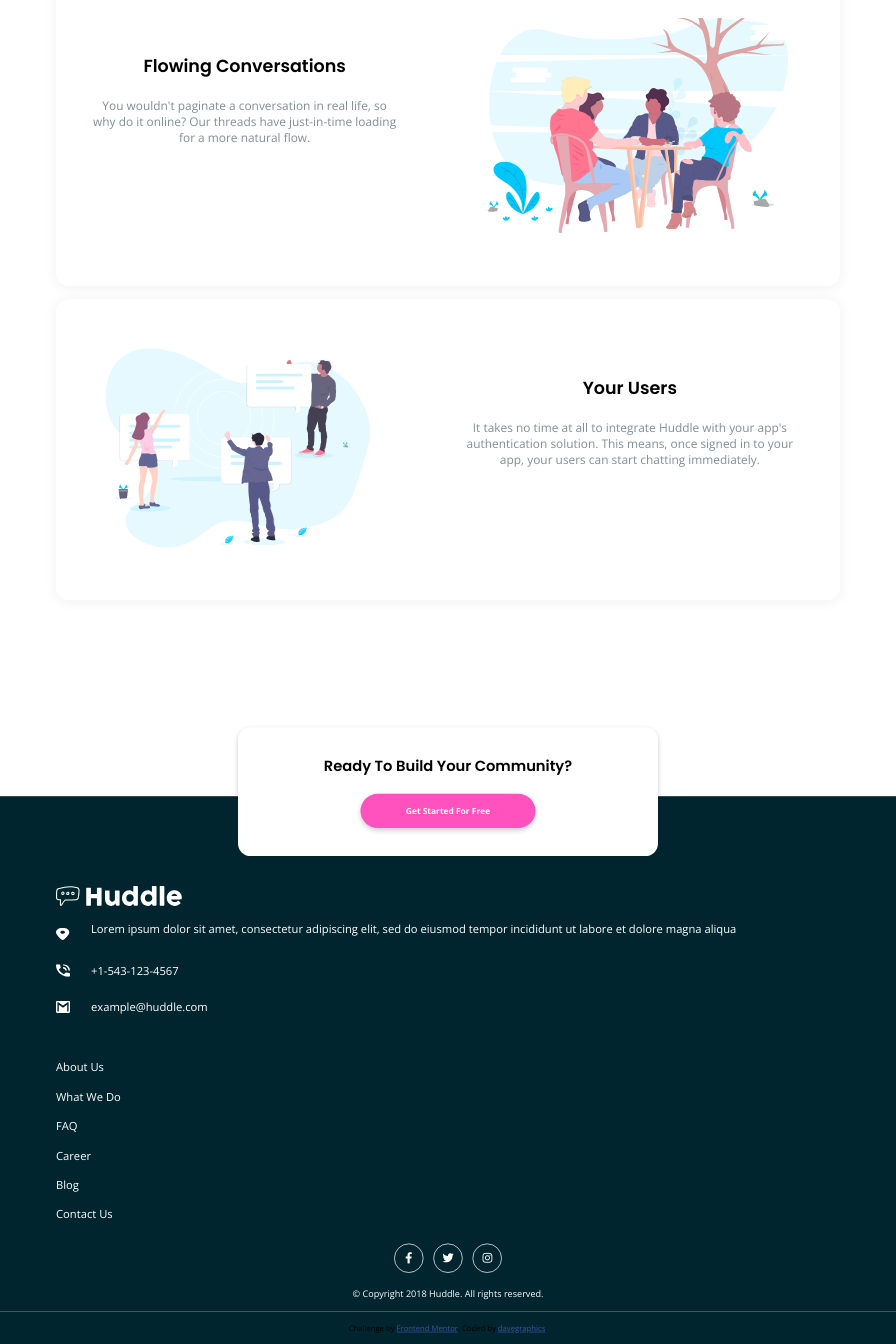
Repository: DejV44/Huddle-landing-page
Page: index.html
The author's editor kept a copy of each file at every save. The page is drawn from the files as they stood at one save, then again after the next save.
The browser window is 1280 px wide. The pictures show the part of the page from y = 1199 to 3119 px (the page is 3119 px tall before and 2651 px after), at 70% of full size.
The style sheet was rebuilt from its Sass, Less or Tailwind sources for each picture, by a compiler version that may differ from the author's.

Above is the page before, as saved 2021-08-22 14:49:52.

### index.html
<!DOCTYPE html>
<html lang="en">
<head>
  <meta charset="UTF-8">
  <meta name="viewport" content="width=device-width, initial-scale=1.0"> <!-- displays site properly based on user's device -->
  <link rel="stylesheet" href="/css/style.css">
  <link rel="stylesheet" href="/fontawesome-free-5.15.3-web/css/all.css">
  <link rel="stylesheet" href="/css/grid.css">
  <link rel="icon" type="image/png" sizes="32x32" href="./images/favicon-32x32.png">

  <title>Frontend Mentor | Huddle landing page with alternating feature blocks</title>

</head>
<body>
  <header>
    <div class="nav">
      <div class="logo">
        <img src="/images/logo.svg" alt="logo">
      </div>
      <a href="#">Try It Free</a>
    </div>
    <content class="main">
      <article class="building">
        <h1>Build The Community Your Fans Will Love</h1>
        <h3> Huddle re-imagines the way we build communities. You have a voice, but so does your audience.
        Create connections with your users as you engage in genuine discussion.</h3>
        <a class="main-btn" href="#">Get Started For Free</a>
      </article>
      <div class="img-main">
        <img class="img" src="/images/illustration-mockups.svg" alt="">
      </div>
    </content>

  </header>
  <section class="cards">
    <div class="card-one">
      <div class="img-cards">
        <img src="/images/illustration-grow-together.svg" alt="">
      </div>
      <content class="card">
        <h2>Grow Together</h2>
        <p>Generate meaningful discussions with your audience and build a strong, loyal community.
        Think of the insightful conversations you miss out on with a feedback form.</p>
      </content>
    </div>
    <div class="card-two">
      <div class="img-cards">
        <img src="/images/illustration-flowing-conversation.svg" alt="">
      </div>
      <content class="card">
        <h2>Flowing Conversations</h2>
        <p>You wouldn't paginate a conversation in real life, so why do it online? Our threads
        have just-in-time loading for a more natural flow.</p>
      </content>
    </div>
    <div class="card-three">
      <div class="img-cards">
        <img src="/images/illustration-your-users.svg" alt="">
      </div>
      <content class="card">
        <h2>Your Users</h2>
        <p>It takes no time at all to integrate Huddle with your app's authentication solution.
        This means, once signed in to your app, your users can start chatting immediately.</p>
      </content>
    </div>
    <container class="ready">
      <h2>Ready To Build Your Community?</h2>
      <a href="#">Get Started For Free</a>
    </container>
  </section>
  <footer>
    <container class="footer">
      <img src="/images/logoWhite.svg" alt="logo">
      <div class="section1 col-1">
        <div class="info">
          <img src="/images/icon-location.svg" alt="location">
          <p>Lorem ipsum dolor sit amet, consectetur adipiscing elit, sed do eiusmod tempor
          incididunt ut labore et dolore magna aliqua</p>
        </div>
        <div class="phone">
          <img src="/images/icon-phone.svg" alt="phone">
          <a href="tel:+1-543-123-4567">+1-543-123-4567</a>
        </div>
        <div class="mail">
          <img src="/images/icon-email.svg" alt="email">
          <a href="example@huddle.com">example@huddle.com</a>
        </div>
      </div>
      <div class="section2 col-2">
        <ul>
          <li><a href="#">About Us</a></li>
          <li><a href="#">What We Do</a></li>
          <li><a href="#">FAQ</a></li>
        </ul>
      </div>
      <div class="section3 col-3">
        <ul>
          <li><a href="#">Career</a></li>
          <li><a href="#">Blog</a></li>
          <li><a href="#">Contact Us</a></li>
        </ul>
      </div>
      <div class="copyright col-4">
        <div class="social">
          <span><i class="fab fa-facebook-f"></i></span>
          <span><i class="fab fa-twitter"></i></span>
          <span><i class="fab fa-instagram"></i></span>
        </div>
        <p>&copy; Copyright 2018 Huddle. All rights reserved.</p>
      </div>
    </container>
  </footer>
  <footer>
    <p class="attribution">
      Challenge by <a href="https://www.frontendmentor.io?ref=challenge" target="_blank">Frontend Mentor</a>.
      Coded by <a href="#">davegraphics</a>.
    </p>
  </footer>
</body>
</html>

### css/style.scss
* {
    margin: 0;
    padding: 0;
    //font-family: 'Poppins', sans-serif;
    -webkit-font-smoothing: antialiased;
}

body {
    font-family: 'Open Sans', sans-serif;
}

// ---FONTS---
@import url('https://fonts.googleapis.com/css2?family=Open+Sans:wght@400;700&display=swap');
@import url('https://fonts.googleapis.com/css2?family=Poppins:wght@600&display=swap');

@import "variables";
@import "mixin";

@import "cards";
@import "header";
@import "footer";

### css/_variables.scss
$Pink: hsl(322, 100%, 66%);
$PinkHover: hsl(322, 97%, 72%);
$VeryPaleCyan: hsl(193, 100%, 96%);
$VeryDarkCyan: hsl(192, 100%, 9%);
$GrayishBlue: hsl(208, 11%, 55%);

### css/_mixin.scss
@mixin cards {
    display: flex;
    flex-direction: column;
    margin: 1.2rem auto 1rem auto;
    text-align: center;
    box-shadow: rgba(0, 0, 0, 0.068) 0px 2px 18px;
    border-radius: 18px;
    align-items: center;
    @media (min-width: 768px) {
        flex-direction: row;

    }


    .card {

        display: block;
        margin: auto 3rem;
        h2 {
            padding-bottom: 1.5rem;
            font-size: 25px;
            font-family: 'Poppins', sans-serif
        }
        p {
            display: block;
            font-size: 17px;
            color: $GrayishBlue;
            padding-bottom: 3rem;
            margin-bottom: 2rem;

        }
    }
    .img-cards {
        display: block;
        padding: 30px 50px;
        margin: auto;

            img {
                width: 90%;
                margin: 40px auto;
            }
    }
}

### css/_cards.scss
.cards {
    padding: 1rem;
    margin: 0 auto;
    box-sizing: border-box;


    .card-one, .card-two, .card-three {
        @include cards;
    }

    .ready {
        display: block;
        box-sizing: border-box;
        text-align: center;
        transform: translateY(50%);
        background-color: white;
        margin: 0 auto;
        padding: 1rem 1rem;
        box-shadow: rgba(39, 39, 39, 0.24) 0px 3px 8px;
        max-width: 600px;
        text-align: center;
        align-items: center;
        border-radius: 18px;
        h2 {
            font-size: 21px;
            font-family: 'Poppins', sans-serif;
            margin: 1.5rem auto;
        }

        a {
            display: block;
            text-decoration: none;
            font-weight: 600;
            font-size: 12px;
            margin: 1.5rem auto;
            padding: 1rem 0;
            max-width: 250px;
            border-radius: 30px;
            background: $Pink;
            color: white;
            box-shadow: rgba(39, 39, 39, 0.24) 0px 3px 8px;

            &:hover {
                background: $PinkHover;
            }
        }
        @media (min-width: 768px) {
            transform: translateY(90%);
        }

    }

}

@media (min-width: 768px) {
    .cards {
       padding: 5rem;

       .card-two {
        flex-direction: row-reverse;
    }
    }




}

### css/_header.scss
header {
    background: url(/images/bg-hero-mobile.svg);
    background-color: rgba(241, 241, 255, 0.425);
    background-size: cover;
    background-position: center;
    background-repeat: no-repeat;
    text-align: center;
    @media (min-width: 768px) {
        background: url(/images/bg-hero-desktop.svg);
        background-color: rgba(241, 241, 255, 0.479);
        background-size: cover;
    }


    .nav {
        display: flex;
        justify-content: space-between;
        padding: 2rem 1.6rem;
        @media (min-width: 768px) {
            padding: 2rem 5rem;

        }

        img {
            width: 120px;

            @media (min-width: 768px) {
                width: 150px;

            }
        }

        a {
            text-decoration: none;
            font-size: 13px;
            font-weight: 600;
            margin-top: -4px;
            padding: 0.3rem 1.7rem;
            background-color: white;
            border-radius: 25px;
            box-shadow: rgba(99, 99, 99, 0.24) 0px 3px 8px;

            @media (min-width: 768px) {
                margin-top: 0;
                padding: 0.5rem 1.7rem;
                text-align: center;

            }
            &:hover {
                color: $GrayishBlue;
            }


        }

    }
    .main {

        margin: 0 auto;

        .building {
            margin: 4rem 3rem 2rem 3rem;
            max-width: 410px;


            h1 {
                margin: 0 1rem;
                font-size: 28px;
                font-family: 'Poppins', sans-serif
            }

            h3 {
                font-weight: 400;
                font-size: 18px;
                margin: 1.5rem 0;
                line-height: 30px;
            }

            .main-btn {

                display: block;
                text-decoration: none;
                font-weight: 600;
                font-size: 12px;
                margin: 1.5rem auto;
                padding: 1rem 0;
                max-width: 280px;
                border-radius: 30px;
                background: $Pink;
                color: white;
                box-shadow: rgba(39, 39, 39, 0.24) 0px 3px 8px;
                @media (min-width: 768px) {
                    margin: 1.5rem 0 1.5rem 0.8rem;

                }

                &:hover {
                background: $PinkHover;
                }
            }

        }
        .img-main {
            padding: 15px 50px;



            .img {
                width: 100%;
                margin-bottom: 40px;
                @media (min-width: 768px) {
                    margin-bottom: 0;

                }
            }
        }
    }


}

@media (min-width: 768px) {
    .main {
        display: flex;
        align-items: center;

        .building {
            padding: 1rem;

            h1 {
                text-align: left;
                padding-left: 0;
            }

            h3 {
                text-align: left;
                padding-left: 1rem;
            }


        }

    }
}

### css/_footer.scss
footer {
    background-color: $VeryDarkCyan;
    @media (min-width: 768px){
        padding: 0 4rem;


    }


    img {
             width: 180px;
             margin-top: 6.5rem;
             margin-left: 1rem;
             @media (min-width: 768px) {
                 margin-top: 8rem;
             }
         }
    .section1 {
        padding: 1rem 1rem 2rem 0;
        color: white;

        img {
            width: 180px;
            padding-bottom: 1.5rem;
        }

        .info, .phone, .mail {
            display: flex;
            img {
                width: 20px;
                height: 18px;
                margin-right: 30px;
                margin-top: 10px;
            }
            p {
                cursor: pointer;
                padding-bottom: 30px;
            }
            a {

                text-decoration: none;
                margin-top: 8px;
                color: white;
            }
        }



    }

    .section2, .section3 {
        box-sizing: border-box;

        ul {
            color: white;
            margin-left: 1rem;
            li {
                list-style: none;
                padding: 10px 0;
                a {
                    text-decoration: none;
                    color: white;
                    &:hover {
                    border-bottom: 1px solid white;
                    }
                }

            }
        }

    }
    .copyright {
        text-align: center;
        .social {
            text-align: center;
            display: block;
            margin: 1rem auto;
            color: white;


            span {
                border: 1px solid white;
                border-radius: 50%;
                width: 40px;
                height: 40px;
                display: inline-flex;
                align-items: center;
                justify-content: center;
                cursor: pointer;
                margin: 5px;
                &:hover {
                    color: $Pink;
                    border: 1px solid $Pink;
                }


            }

            i {
                font-family: 'Font Awesome 5 Brands';
                display: inline-block;
                font-style: normal;
                font-variant: normal;
                text-rendering: auto;
                line-height: 1;
                padding: 12px;
                border-radius: 50%;
            }

        }
        p {
            font-size: 13px;
            color: white;
            padding-bottom: 1rem;
        }
    }
}





.attribution {
    font-size: 11px;
    text-align: center;
    padding: 1rem;
    a {
    color: hsl(228, 45%, 44%);
    }
}

Loaded but not shown: fontawesome-free-5.15.3-web/css/all.css (library); css/grid.css (689 lines, source omitted)

After the next save:
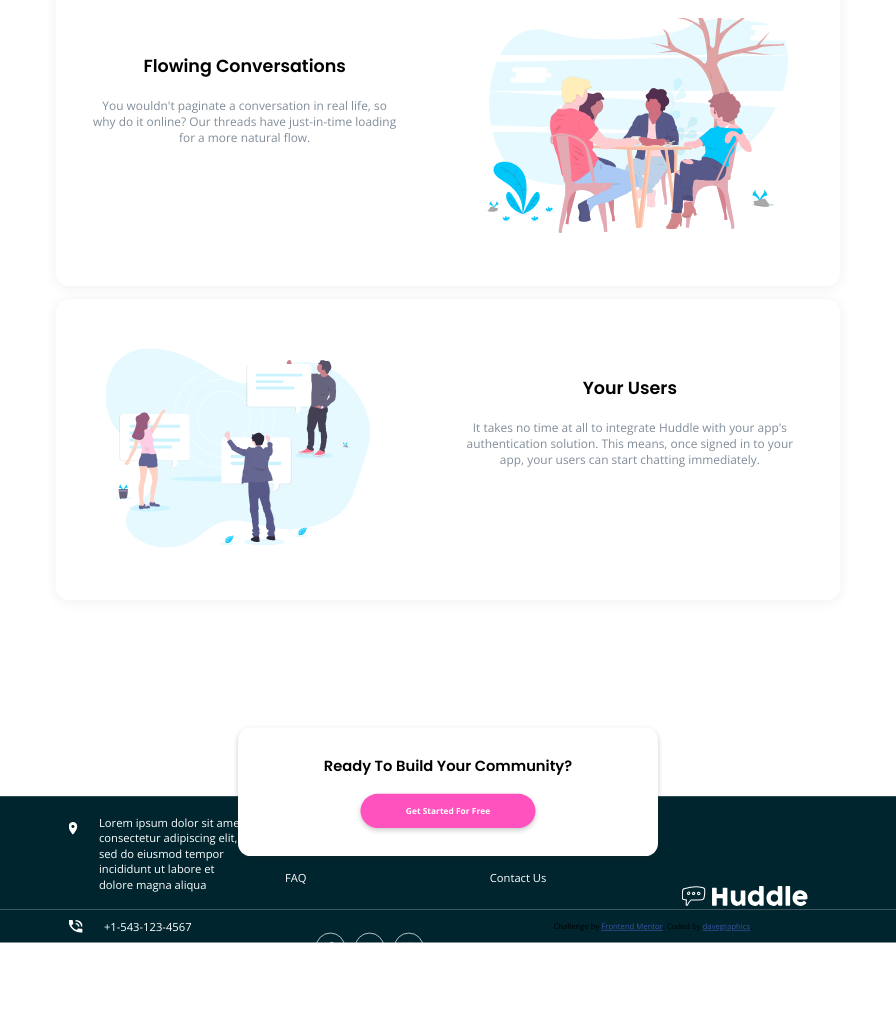
Saved 2 min 8 s later.
--- a/index.html
+++ b/index.html
@@ -71,7 +71,7 @@
   <footer>
     <container class="footer">
       <img src="/images/logoWhite.svg" alt="logo">
-      <div class="section1 col-1">
+      <div class="section1 col span-1-of-4">
         <div class="info">
           <img src="/images/icon-location.svg" alt="location">
           <p>Lorem ipsum dolor sit amet, consectetur adipiscing elit, sed do eiusmod tempor
@@ -86,21 +86,21 @@
           <a href="example@huddle.com">example@huddle.com</a>
         </div>
       </div>
-      <div class="section2 col-2">
+      <div class="section2 col span-1-of-4">
         <ul>
           <li><a href="#">About Us</a></li>
           <li><a href="#">What We Do</a></li>
           <li><a href="#">FAQ</a></li>
         </ul>
       </div>
-      <div class="section3 col-3">
+      <div class="section3 col span-1-of-4">
         <ul>
           <li><a href="#">Career</a></li>
           <li><a href="#">Blog</a></li>
           <li><a href="#">Contact Us</a></li>
         </ul>
       </div>
-      <div class="copyright col-4">
+      <div class="copyright col span-1-of-4">
         <div class="social">
           <span><i class="fab fa-facebook-f"></i></span>
           <span><i class="fab fa-twitter"></i></span>

After the save that followed:
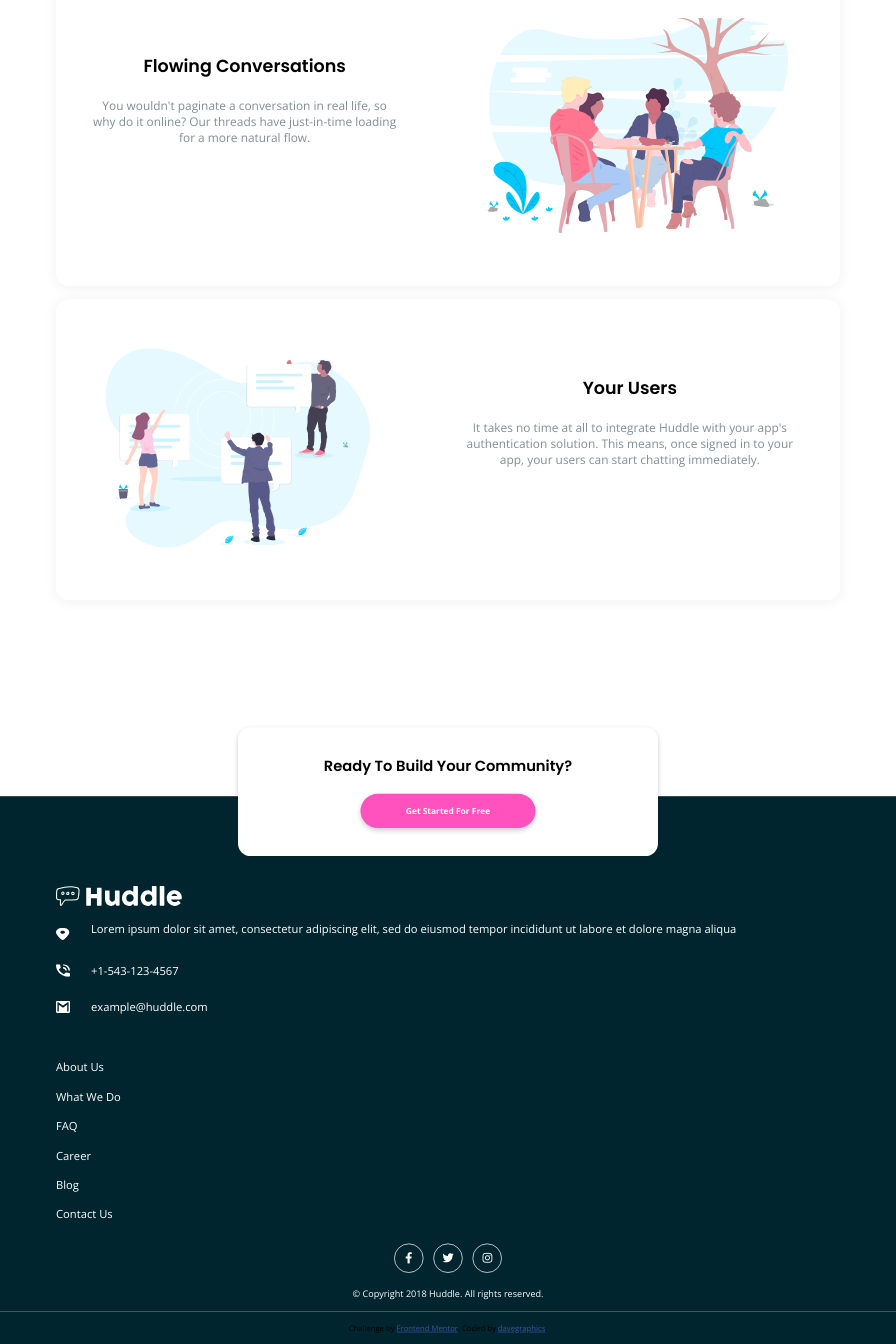
Saved 76 s later.
--- a/index.html
+++ b/index.html
@@ -71,7 +71,7 @@
   <footer>
     <container class="footer">
       <img src="/images/logoWhite.svg" alt="logo">
-      <div class="section1 col span-1-of-4">
+      <div class="section1">
         <div class="info">
           <img src="/images/icon-location.svg" alt="location">
           <p>Lorem ipsum dolor sit amet, consectetur adipiscing elit, sed do eiusmod tempor
@@ -86,21 +86,21 @@
           <a href="example@huddle.com">example@huddle.com</a>
         </div>
       </div>
-      <div class="section2 col span-1-of-4">
+      <div class="section2">
         <ul>
           <li><a href="#">About Us</a></li>
           <li><a href="#">What We Do</a></li>
           <li><a href="#">FAQ</a></li>
         </ul>
       </div>
-      <div class="section3 col span-1-of-4">
+      <div class="section3">
         <ul>
           <li><a href="#">Career</a></li>
           <li><a href="#">Blog</a></li>
           <li><a href="#">Contact Us</a></li>
         </ul>
       </div>
-      <div class="copyright col span-1-of-4">
+      <div class="copyright">
         <div class="social">
           <span><i class="fab fa-facebook-f"></i></span>
           <span><i class="fab fa-twitter"></i></span>
